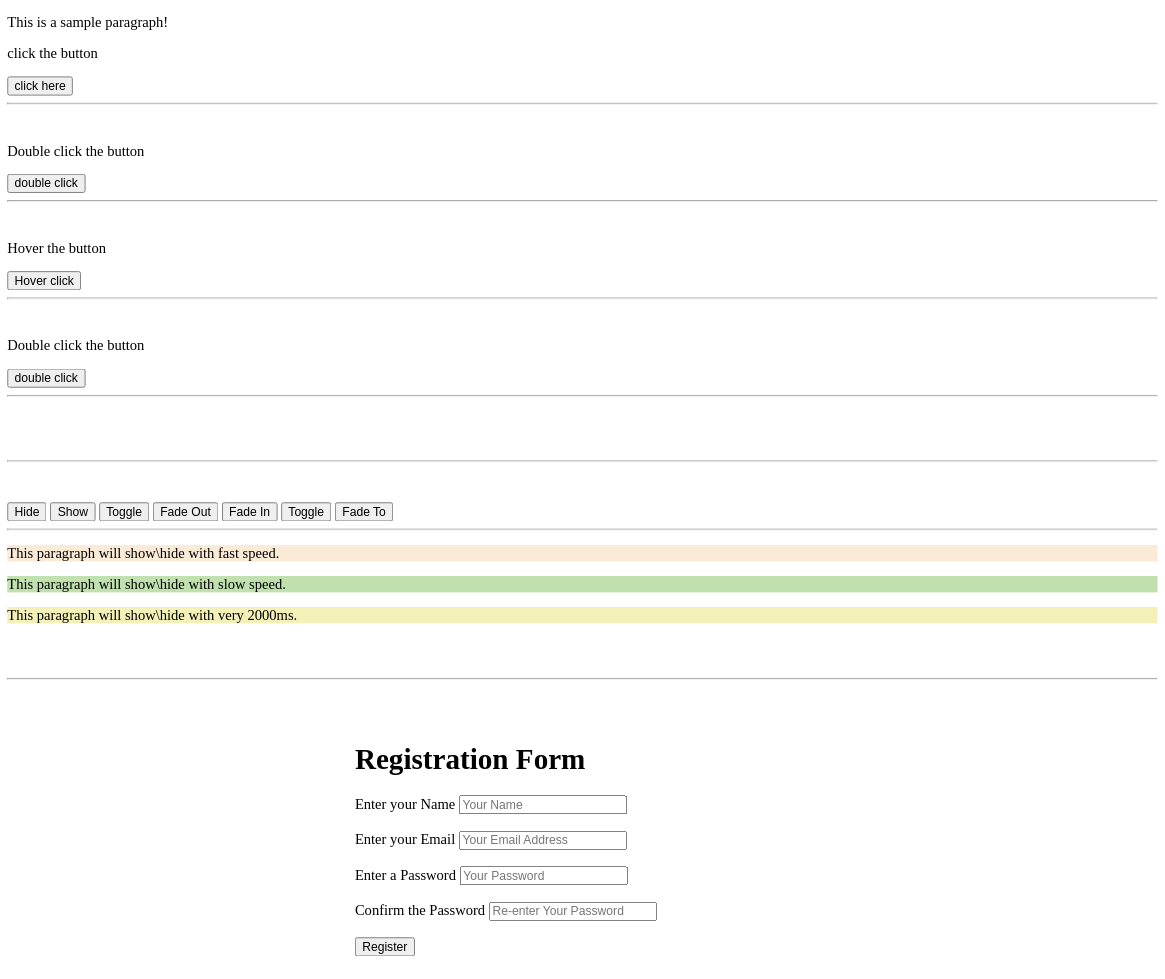
Repository: DhananjayaLakshan/Uom-Web_Design_For_Beginners
Page: Work02/index.html
An editor plug-in stored every save of this project. The page is shown before and after the next save, followed by the edit.
The browser window is 1280 px wide. The pictures show the whole page, at 91% of full size.

Above is the page before, as saved 2023-12-01 00:01:25.

After the next save:
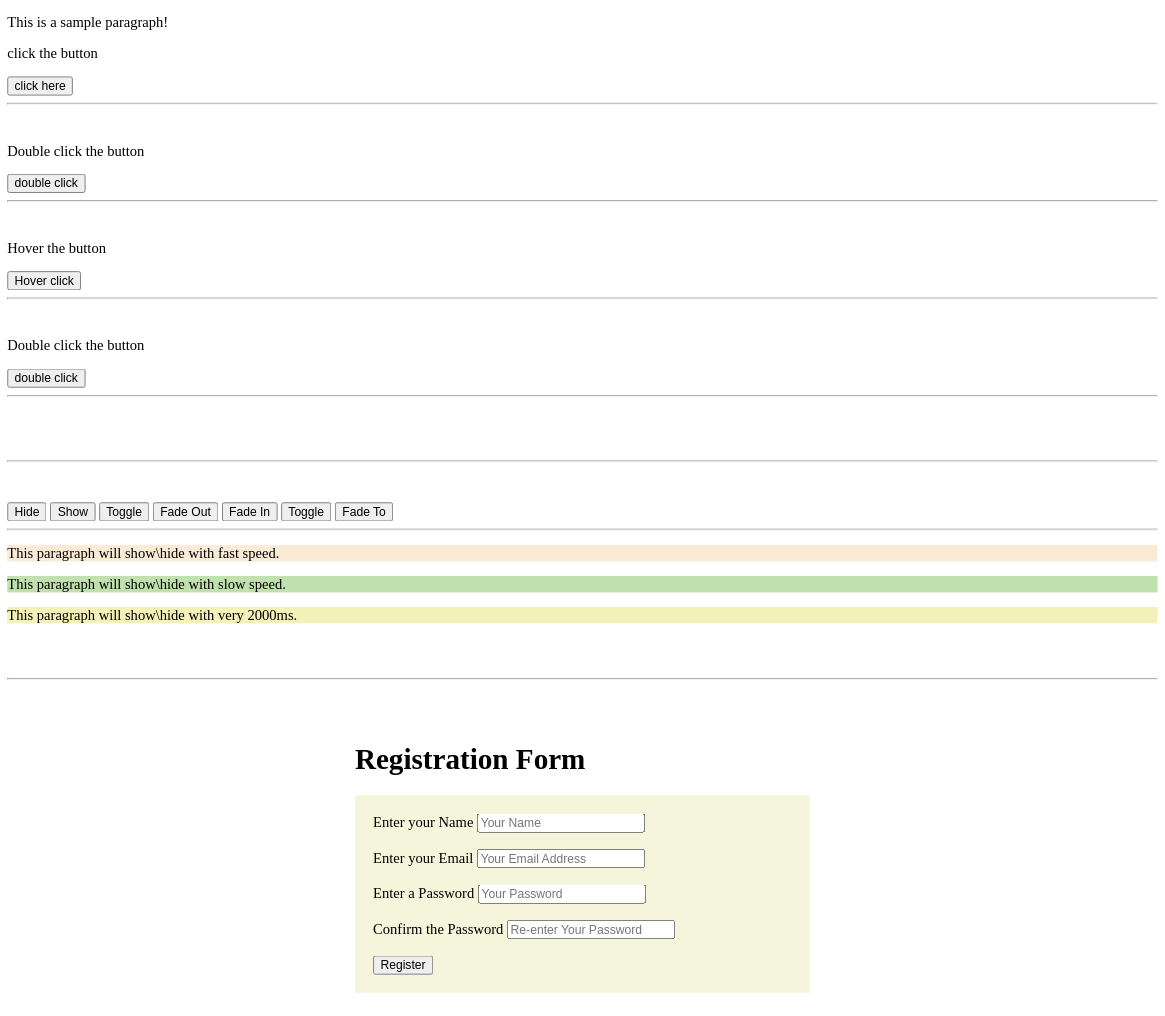
Saved 60 s later.
--- a/Work02/style.css
+++ b/Work02/style.css
@@ -2,3 +2,11 @@
     width: 500px;
     margin: 25px auto;
 }
+
+form{
+    padding: 20px;
+    background-color:beige;
+    color: black;
+    font-weight: 500;
+
+}
